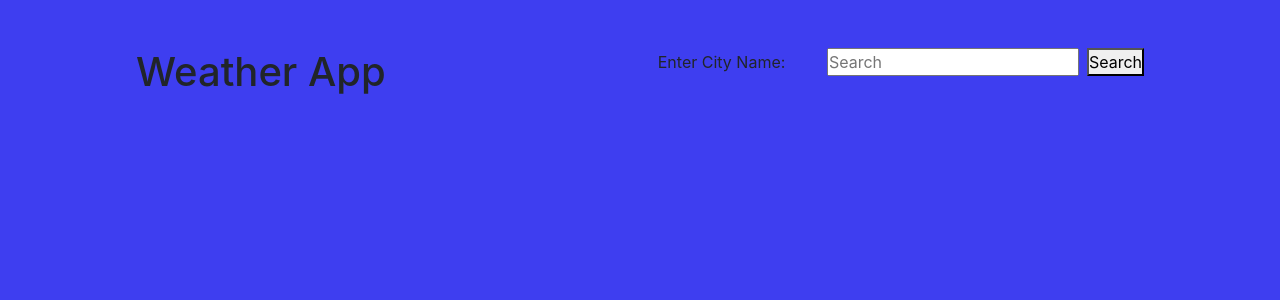
Repository: bhaveshtrades/weatherapp
Page: /
An editor plug-in stored every save of this project. The page is shown before and after the next save, followed by the edit.
The browser window is 1280 px wide. The pictures show the whole page.
The project was rebuilt for these pictures with package versions that can differ from the ones it lists, and the page was loaded fresh each time. Also part of the build but not shown: src/components/CurrentWeather.jsx.

Above is the page before, as saved 2023-01-08 19:10:34.

After the next save:
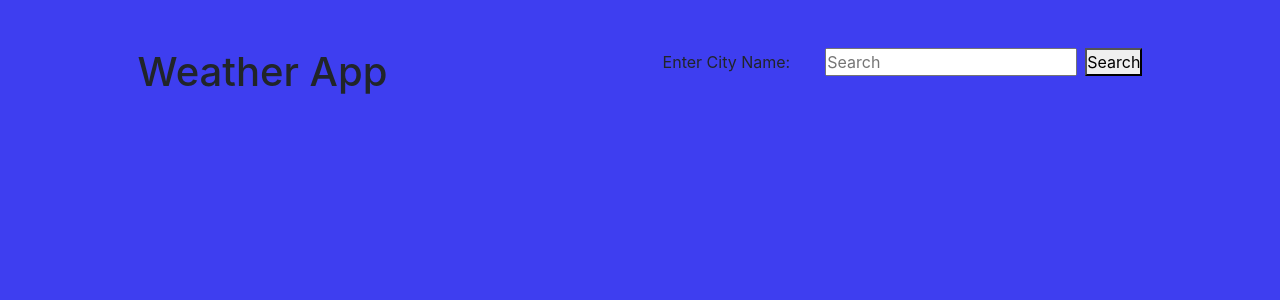
Saved 5 s later.
--- a/src/App.css
+++ b/src/App.css
@@ -14,7 +14,7 @@ body{
 }
 
 .searchInput{
-  margin-left: 2.6rem;
+  margin-left: 2.2rem;
 }
 
 .searchButton{
